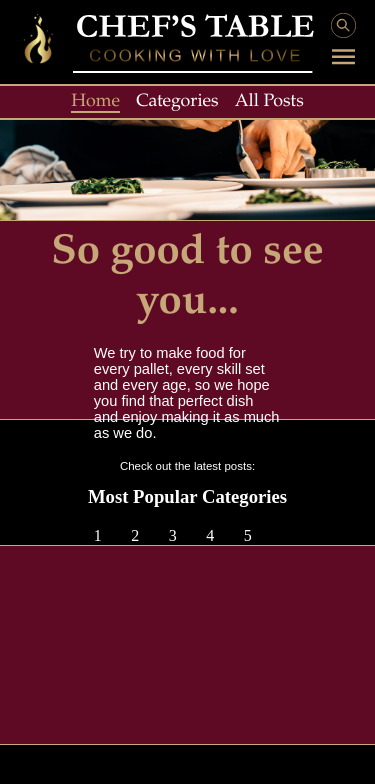
Repository: Noroff-FEU-Assignments/project-exam-1-runeunhjem
Page: index.html
These files come from the project's save history. The page is drawn as it stood at one moment and after the next save; the edit follows.
The browser window is 375 px wide. The pictures show the whole page.
The page's requests for data from a server got no answer.

Above is the page before, as saved 2023-05-01 14:18:31.

### index.html
<!DOCTYPE html>
<html lang="en">
<head>
  <!-- Hotjar Tracking Code for CHEF'S TABLE -->
  <script>
      (function(h,o,t,j,a,r){
          h.hj=h.hj||function(){(h.hj.q=h.hj.q||[]).push(arguments)};
          h._hjSettings={hjid:3468936,hjsv:6};
          a=o.getElementsByTagName('head')[0];
          r=o.createElement('script');r.async=1;
          r.src=t+h._hjSettings.hjid+j+h._hjSettings.hjsv;
          a.appendChild(r);
      })(window,document,'https://static.hotjar.com/c/hotjar-','.js?sv=');
  </script>
  <meta charset="UTF-8">
  <meta http-equiv="X-UA-Compatible" content="IE=edge">
  <meta name="viewport" content="width=device-width, initial-scale=1.0">
  <meta name="keywords" content="Cooking, Chef, Table, Dinner, Dessert, Cousine, Recipes, Food">
  <meta name="description" content="A blog with recipes for only the best and juiciest dishes">
  <link rel="stylesheet" href="css/styles.css">
  <link rel="stylesheet" href="css/out-of-view-menu-text.css">
  <link rel="shortcut icon" href="favicon.ico" type="image/x-icon">
  <script defer src="js/posts.js" type="module"></script>
  <script defer src="js/searchbar.js"></script>
  <script defer src="js/script.js" type="module"></script>
  <title>CHEF'S TABLE | Home</title>
</head>
<body>
  <header class="header-desktop header-mobile" aria-label="Header">
    <div class="header-container">
      <div class="header-flame-logo head-item">
        <a href="index.html" aria-label="Home">
          <img src="images/logo-flame.svg" class="flame-logo" alt="Chef's Table Flame Logo">
          <span class="out-of-view-menu-text">Home</span>
        </a>
      </div>
      <div class="header-text-logo head-item">
        <img src="images/mob-logo-text.svg" id="logo-text" alt="Chef's Table Text Logo">
      </div>
        <div class="search-and-menu header-icons head-item">
          <div class="search-icon">
            <img src="images/ico-search.svg" alt="Search Icon">
          </div>
          <div class="menu-icon">
            <img src="images/ico-menu.svg" alt="Menu Icon">
          </div>
        </div>
    </div>
    <nav class="main-navigation" aria-label="Main Navigation">
      <div class="nav-container">
        <div class="desk-menu mob-menu menu">
            <ul class="search-bar nav-bar">
              <li><a href="index.html" class="active">Home</a></li>
              <li><a href="categories.html">Categories</a></li>
              <li><a href="all-posts.html">All Posts</a></li>
              <li class="desktop-only tablet"><a href="latest-posts.html">Latest Posts</a></li>
              <li class="desktop-only tablet"><a href="image-gallery.html">Image Gallery</a></li>
              <li class="desktop-only"><a href="contact.html">Contact</a></li>
              <li class="desktop-only"><a href="about.html">About</a></li>
              <li class="desktop-only"><a href="add-new-post.html">Add New Post</a></li>
            </ul>
            <div class="search-container">
              <form>
                <input type="text" placeholder="Search..." aria-label="Search for recipes">
                <button type="submit" class="search-button">
                  <div class="searchbar-icon">
                    <img src="images/ico-search.svg" alt="Search Icon">
                  </div>
                </button>
              </form>
            </div>
          </div>
        </div>
    </nav>
  </header>
  <main class="index" aria-label="Main Section">
    <div class="hero-image post-preview" id="post-preview"></div>
    <div class ="thank-you-note">
      <h2 class="so-god-to-see-you">So good to see you...</h2>
      <p class="enjoy-note">We try to make food for every pallet, every skill set and every age, so we hope you find that perfect dish and enjoy making it as much as we do.</p>
      <p class="check-latest-posts-note">Check out the latest posts:</p>
    </div>
    <div class="carousel-home" id="carousel-home"></div>
    <div class="categories" id="categories">
      <h3>Most Popular Categories</h3>
      <div class="categories-container">
        <div class="category">1</div>
        <div class="category">2</div>
        <div class="category">3</div>
        <div class="category">4</div>
        <div class="category">5</div>
      </div>
    </div>
  </main>
  <footer class="footer">
    <div class="footer-left"></div>
    <div class="footer-center"></div>
    <div class="footer-right"></div>
  </footer>
</body>
</html>

### css/styles.css
:root {
  --color-black: #000000;
  --color-white: #FFFFFF;
  --color-grey: #D9D9D9;
  --color-gold: #C6A777;
  --color-red: #A60033;
  --color-burgundy: #5E0A24;
  --border-radius-50: 50%;
  --border-radius-10: 10%;
  --border-1px-gold: 1px solid var(--color-gold);
  --border-2px-gold: 2px solid var(--color-gold);
  --font-family-elegant: "Garamond", "Times New Roman", serif;
  --font-family-normal: "Arial", "Helvetica", sans-serif;
}

*, *:before, *:after {
  box-sizing: inherit;
}

body {
  margin: 0;
  box-sizing: border-box;
  background-color: var(--color-black);
  color: var(--color-white);
}

header {
  display: flex;
  justify-content: center;
  flex-wrap: wrap;
}

img {
  max-width: 100%;
  max-height: 100%;
}

.header-container {
  display: flex;
  justify-content: space-around;
  align-items: center;
  margin: 0.5em 1em 0.7em 1em;
  box-sizing: border-box;
  max-height: 100%;
  width: 90vw;
  max-width: 970px;
  gap: 1em;
}
.header-container .flame-logo {
  max-height: 100px;
}

.header-text-logo {
  display: flex;
  align-items: flex-start;
}

.search-icon, .menu-icon {
  display: flex;
  justify-content: center;
  align-items: flex-end;
}

.search-and-menu {
  gap: 0.5em;
}

.head-item {
  display: flex;
  flex-direction: column;
  align-items: center;
  justify-content: center;
}

.main-navigation {
  display: flex;
  justify-content: center;
  align-items: center;
  height: auto;
  max-width: 100%;
  max-height: 100%;
}

.nav-container .menu {
  background-color: var(--color-burgundy);
  border-top: var(--border-2px-gold);
  border-bottom: var(--border-2px-gold);
  display: flex;
  flex-direction: column;
  justify-content: center;
  align-items: center;
  width: 100vw;
  min-height: 36px;
  height: 4vw;
  max-height: 48px;
}
.nav-container ul {
  display: flex;
  justify-content: space-around;
  gap: 1em;
  padding: 0;
  margin: 0;
  align-items: center;
}
.nav-container a {
  font-family: var(--font-family-elegant);
  font-size: calc(1rem + 0.5vw);
  color: var(--color-white);
  text-decoration: none;
}
.nav-container .hide {
  display: none;
}
.nav-container a:hover {
  color: var(--color-gold);
}
.nav-container li {
  list-style: none;
}
.nav-container .active {
  color: var(--color-gold);
  border-bottom: var(--border-2px-gold);
}

.search-container {
  display: none;
}

.show {
  display: flex;
  justify-content: center;
  align-items: center;
  max-width: 970px;
}
.show form {
  display: flex;
  justify-content: center;
  align-items: center;
  gap: 0.5em;
}
.show form input {
  text-indent: 0.5em;
  font-size: 1.2rem;
  background-color: var(--color-black);
  color: var(--color-white);
  border: var(--border-1px-gold);
  min-height: 24px;
  height: 2vw;
  min-width: 250px;
  border-radius: 6px;
}
.show form .search-button {
  border-radius: var(--border-radius-50);
  padding: 0;
  margin: 0;
  background-color: var(--color-burgundy);
  border: 1px solid var(--color-burgundy);
  min-height: 24px;
  height: 2vw;
}
.show img {
  min-height: 24px;
  height: 2vw;
}

main {
  display: flex;
  flex-direction: column;
  justify-content: flex-start;
  align-items: center;
}

.hero-image {
  background-image: url(../images/hero-image.png);
  background-size: cover;
  background-repeat: no-repeat;
  background-position: center bottom;
  width: 100vw;
  height: 279px;
}

.thank-you-note {
  display: flex;
  flex-direction: column;
  justify-content: flex-start;
  text-align: center;
  width: 100%;
  height: 200px;
  margin-bottom: 1em;
  background-color: var(--color-burgundy);
  color: var(--color-white);
  border-top: var(--border-1px-gold);
  border-bottom: var(--border-1px-gold);
}

.so-god-to-see-you {
  margin: 0.2em auto;
  font-family: var(--font-family-elegant);
  font-size: calc(2.5rem + 0.5vw);
  color: var(--color-gold);
}

.enjoy-note {
  width: 50vw;
  text-align: left;
  margin: 0.5em auto;
  font-family: var(--font-family-normal);
  font-size: calc(0.8rem + 0.5vw);
}

.check-latest-posts-note {
  font-family: var(--font-family-normal);
  font-size: calc(0.6rem + 0.5vw);
}

.carousel-home {
  display: flex;
  justify-content: flex-start;
  align-items: flex-start;
  width: 80vw;
  margin-bottom: 2em;
  gap: 1em;
}

.post-container {
  border: var(--border-1px-gold);
  border-radius: 6px;
  padding: 0.5em;
  height: 295px;
  width: 243px;
}

.post-image-container {
  width: 213px;
  height: 110px;
  padding-bottom: 56.25%; /* 16:9 aspect ratio */
  background-size: cover;
  background-position: center center;
  border-top-left-radius: 6px;
  border-top-right-radius: 6px;
}

.post-title {
  font-family: var(--font-family-elegant);
  font-size: 1.2rem;
  font-weight: bold;
  color: var(--color-gold);
  height: 40px;
  margin: 0.4em 0 0 0;
}

.post-tagline {
  font-family: var(--font-family-normal);
  margin: 0.4em 0;
  font-size: 0.9rem;
  height: 32px;
}

.post-tags {
  font-family: var(--font-family-normal);
  font-size: 0.8rem;
  margin: 0 0 0.6em 0;
  height: 48px;
  line-height: 1.35;
}

.post-added {
  font-family: var(--font-family-normal);
  font-size: 0.7rem;
  margin: 0;
}

.categories {
  display: flex;
  flex-direction: column;
  align-items: center;
  justify-content: flex-start;
}

.categories-container {
  display: flex;
  justify-content: space-between;
}

.category {
  display: flex;
  width: 10vw;
}

footer {
  display: flex;
  justify-content: space-around;
  align-items: center;
  width: 100vw;
  height: 200px;
  background-color: var(--color-burgundy);
  color: var(--color-white);
  border-top: var(--border-1px-gold);
  border-bottom: var(--border-1px-gold);
}

@media screen and (max-width: 768px) {
  .desktop-only {
    display: none;
  }
  .tablet {
    display: block;
  }
  .hero-image {
    background-image: url(../images/hero-image.png);
    height: 180px;
  }
}
@media screen and (max-width: 460px) {
  .tablet {
    display: none;
  }
  .hero-image {
    background-image: url(../images/hero-image.png);
    height: 100px;
  }
}/*# sourceMappingURL=styles_20230501141808.css.map */

### css/out-of-view-menu-text.css
.out-of-view-menu-text {
  position: absolute;
  left: -10000px;
}

### js/posts.js
const apiUrl = "https://wordpress.runeunhjem.no/wp-json/wp/v2/posts?per_page=50";
let posts = [];

async function getPosts() {
  try {
    const response = await fetch(apiUrl);
    const result = await response.json();
    console.log(result);

    for (const item of result) {
      const categoriesResponse = await fetch(item._links["wp:term"][0].href);
      const categoriesResult = await categoriesResponse.json();
      const categories = categoriesResult.map(category => category.name);

      const tagsResponse = await fetch(item._links["wp:term"][1].href);
      const tagsResult = await tagsResponse.json();
      const tags = tagsResult
        .filter((tag) => tag.name !== "ep1" && tag.name !== "food").map((tag) => tag.name);

      const post = {
        postId: item.id,
        title: item.title.rendered.replace(/&amp;/g, "&"),
        shortDescription: item.content.rendered.match(/<p>(.*?)<\/p>/)[1].trim(),
        tags: tags,
        date: new Date(item.modified),
        categories: categories,
        image: item.content.rendered.match(/src="([^"]*)"/)[1],
        instructions: item.content.rendered.match(/<ol>(.*?)<\/ol>/s)[0],
        recipe: item.content.rendered.match(/Ingredients:([\s\S]*?)<ol>/)[1].trim(),
      };
      posts.push(post);
    // for (const item of result) {
    //   // fetch categories and tags for the post

    //   const post = {
    //     postId: item.id,
    //     title: item.title.rendered.replace(/&/g, "&amp;"),
    //     categories: categories,
    //     tags: tags,
    //     image: item.content.rendered.match(/src="([^"]*)"/)[1],
    //     instructions: item.content.rendered.match(/<ol>(.*?)<\/ol>/s)[0],
    //     recipe: item.content.rendered.match(/Ingredients:([\s\S]*?)<ol>/)[1].trim(),
    //     shortDescription: item.excerpt.rendered.replace(/(<([^>]+)>)/gi, "").trim()
    //   };
    //   posts.push(post);
    };
  } catch (error) {
    console.log(error);
  };
};

export { getPosts, posts };

### js/script.js
import { getPosts, posts } from "./posts.js";

(async function () {
  await getPosts();
  console.log("posts is: ", posts);

  const carousel = document.getElementById("carousel-home");

  for (const post of posts) {
    const postContainer = document.createElement("div");
    postContainer.classList.add("post-container");

    const container = document.createElement("div");
    container.classList.add("post-image-container");
    postContainer.appendChild(container);

    const image = new Image();
    image.onload = function () {
      container.style.backgroundImage = `url(${image.src})`;
    };
    image.src = post.image;

    const title = document.createElement("h2");
    title.classList.add("post-title");
    title.textContent = post.title;
    postContainer.appendChild(title);

    const tagLine = document.createElement("p");
    tagLine.classList.add("post-tagline");
    tagLine.textContent = post.shortDescription;
    postContainer.appendChild(tagLine);

    const tags = document.createElement("p");
    tags.classList.add("post-tags");
    tags.textContent = `Tags: ${post.tags.join(", ")}`;
    postContainer.appendChild(tags);

    const date = new Date(post.date);
    const dateString = `${date.toLocaleString("en-us", { month: "short" })} ${date.getDate()}, ${date.getFullYear()}`;
    const added = document.createElement("p");
    added.classList.add("post-added");
    added.textContent = `Modified: ${dateString}`;
    postContainer.appendChild(added);


    // const categories = document.createElement("p");
    // categories.textContent = `Categories: ${post.categories.join(", ")}`;
    // postContainer.appendChild(categories);


    // const instructions = document.createElement("div");
    // instructions.innerHTML = post.instructions;
    // postContainer.appendChild(instructions);

    // const recipe = document.createElement("div");
    // recipe.innerHTML = post.recipe;
    // postContainer.appendChild(recipe);

    carousel.appendChild(postContainer);
  }
})();

### js/searchbar.js
const searchIcon = document.querySelector(".search-icon");
const searchContainer = document.querySelector(".search-container");
const navContainer = document.querySelector(".search-bar");

searchIcon.addEventListener("click", function () {
  searchContainer.classList.toggle("show");
  navContainer.classList.toggle("hide");
});

After the next save:
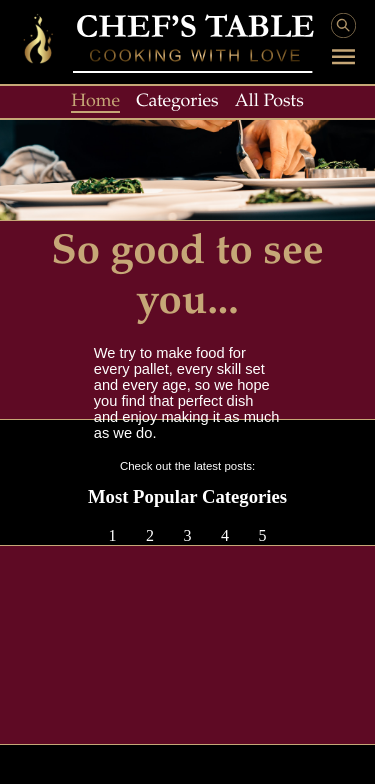
Saved 1 s later.
--- a/css/styles.css
+++ b/css/styles.css
@@ -284,6 +284,7 @@ main {
 
 .category {
   display: flex;
+  justify-content: center;
   width: 10vw;
 }
 
@@ -319,4 +320,4 @@ footer {
     background-image: url(../images/hero-image.png);
     height: 100px;
   }
-}/*# sourceMappingURL=styles_20230501141808.css.map */
+}/*# sourceMappingURL=styles_20230501141832.css.map */
